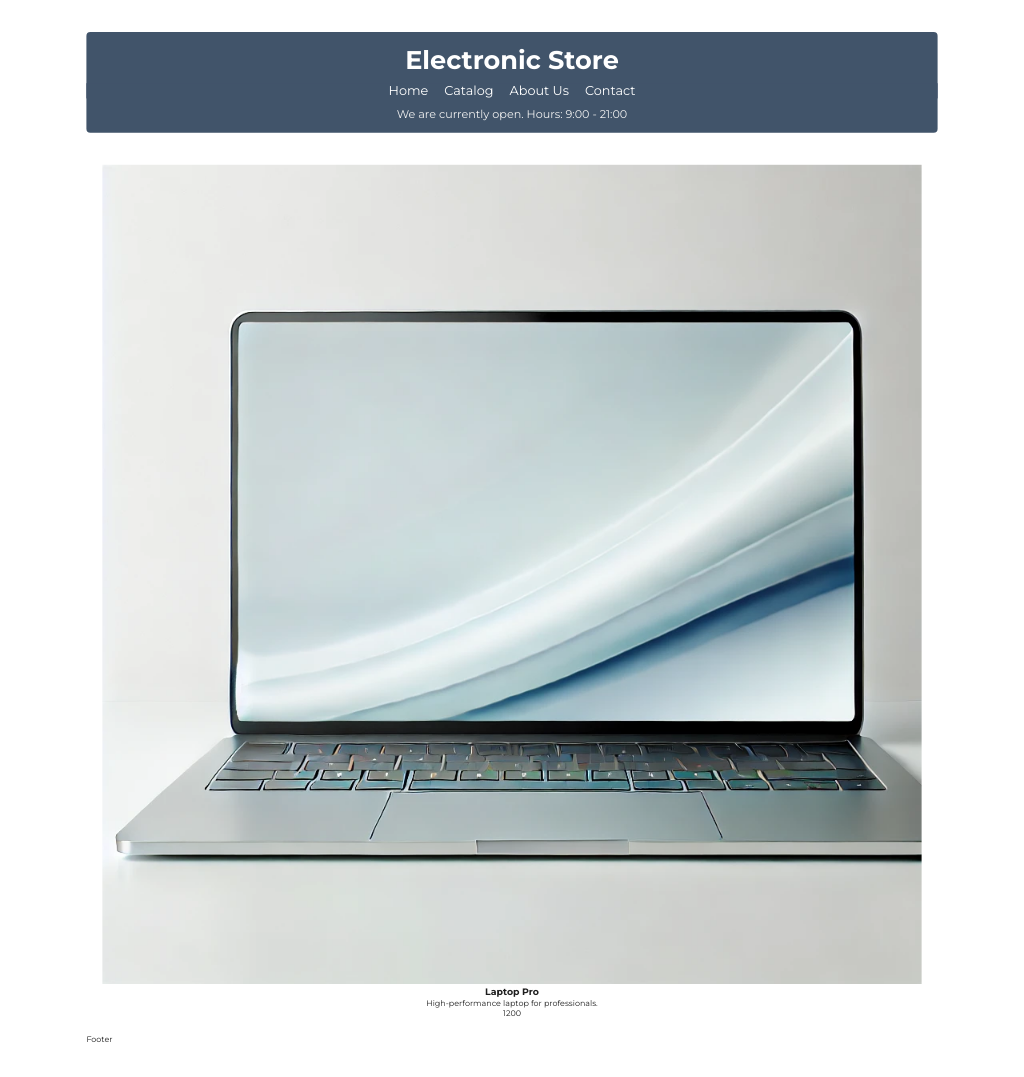
Repository: Lithium87/e-Strore
Page: /
These files come from the project's save history. The page is drawn as it stood at one moment and after the next save; the edit follows.
The browser window is 1280 px wide. The pictures show the whole page, at 80% of full size.
The project was rebuilt for these pictures with package versions that can differ from the ones it lists, and the page was loaded fresh each time. Also part of the build but not shown: vite.config.js.

Above is the page before, as saved 2025-07-05 16:28:15.

### src/main.jsx
import {StrictMode} from 'react';
import {createRoot} from 'react-dom/client';
import App from './App.jsx';

createRoot (document.getElementById ('root')).render (
  <StrictMode>
    <App />
  </StrictMode>
);

### src/App.jsx
import React from 'react';
import './index.css';

const productData = [
  {
    name: 'Laptop Pro',
    description: 'High-performance laptop for professionals.',
    price: 1200,
    photoName: '/laptop.png',
    soldOut: false,
  },
  {
    name: 'Smartphone X',
    description: 'Latest model with stunning display.',
    price: 800,
    photoName: '/smartphone.png',
    soldOut: false,
  },
  {
    name: 'Wireless Headphones',
    description: 'Noise-cancelling headphones with great sound quality.',
    price: 200,
    photoName: '/headphones.png',
    soldOut: false,
  },
  {
    name: 'Smartwatch Z',
    description: 'Stylish smartwatch with fitness tracking features.',
    price: 150,
    photoName: '/smartwatch.png',
    soldOut: false,
  },
  {
    name: 'Gaming Console',
    description: 'Powerful gaming console for endless fun.',
    price: 400,
    photoName: '/console.png',
    soldOut: true,
  },
  {
    name: '4K TV',
    description: 'Ultra HD television with vibrant colors.',
    price: 1000,
    photoName: '/tv.png',
    soldOut: false,
  },
];

const App = () => {
  return (
    <div>
      <Header />
      <Catalog />
      <Footer />
    </div>
  );
};

const Header = () => {
  const hour = new Date ().getHours ();
  const openHours = 9;
  const closeHours = 21;
  const isOpen = hour >= openHours && hour < closeHours;

  return (
    <header className="header">
      <h1>Electronic Store</h1>
      <nav className="nav">
        <ul>
          <li>
            <a href="#home">Home</a>
          </li>
          <li>
            <a href="#catalog">Catalog</a>
          </li>
          <li>
            <a href="#about">About Us</a>
          </li>
          <li>
            <a href="#contact">Contact</a>
          </li>
        </ul>
      </nav>
      <div className="working-hours">
        {isOpen
          ? <p>
              We are currently open. Hours: {openHours}:00 - {closeHours}:00
            </p>
          : <p>
              Sorry, we are closed. Hours: {openHours}:00 - {closeHours}:00
            </p>}
      </div>
    </header>
  );
};

const Catalog = () => {
  return (
    <main className="catalog">
      <ul className="products">
        <Product />
      </ul>
    </main>
  );
};

const Product = () => {
  return (
    <li>
      <img src={productData[0].photoName} alt={productData[0].name} />
      <div>
        <h3>{productData[0].name}</h3>
        <p>{productData[0].description}</p>
        <span>{productData[0].price}</span>
      </div>
    </li>
  );
};

const Footer = () => {
  return <footer>Footer</footer>;
};

export default App;

### src/index.css
@import url("https://fonts.googleapis.com/css2?family=Montserrat:wght@300;400;700&display=swap");

* {
  margin: 0;
  padding: 0;
  box-sizing: border-box;
}

html {
  font-size: 62.5%;
}

body {
  font-family: "Montserrat", sans-serif;
  color: #1e1e1e;
  background-color: #ffffff;
  min-height: 100vh;
  padding: 4rem;
  display: flex;
  justify-content: center;
  align-items: center;
}

.container {
  max-width: 120rem;
  margin: 0 auto;
  display: flex;
  flex-direction: column;
  align-items: center;
  gap: 3rem;
  padding: 2rem;
  background-color: #f4f6f8;
  border-radius: 1.2rem;
  box-shadow: 0px 4px 12px rgba(0, 0, 0, 0.1);
}

/* Header */
.header {
  align-self: stretch;
  text-align: center;
  padding: 1.5rem 0;
  background-color: #41546a;
  color: #ffffff;
  border-radius: 0.5rem;
  margin-bottom: 2rem;
}

.header h1 {
  font-size: 3.2rem;
  font-weight: 700;
  margin-bottom: 1rem;
}

.nav ul {
  background-color: #41546a;
  list-style: none;
  display: flex;
  justify-content: center;
  gap: 2rem;
}

.nav a {
  color: #ffffff;
  text-decoration: none;
  font-size: 1.6rem;
  font-weight: 500;
  transition: color 0.3s;
}

.nav a:hover {
  color: #ffdd57;
}

.working-hours {
  font-size: 1.4rem;
  margin-top: 1rem;
  color: #f1f1f1;
}

/* Catalog */
.catalog {
  width: 100%;
  text-align: center;
}

.catalog h2 {
  font-size: 3rem;
  font-weight: 700;
  color: #333333;
  margin-bottom: 1rem;
}

.catalog > p {
  font-size: 1.6rem;
  color: #555;
  line-height: 1.8;
  margin-bottom: 2rem;
}

.products {
  list-style: none;
  display: grid;
  grid-template-columns: repeat(auto-fit, minmax(20rem, 1fr));
  gap: 3rem;
  padding: 2rem;
}

.product {
  background-color: #ffffff;
  border-radius: 1rem;
  padding: 1.5rem;
  box-shadow: 0 8px 24px rgba(0, 112, 243, 0.1);
  transition: transform 0.3s ease, box-shadow 0.3s ease;
}

.product:hover {
  transform: translateY(-5px);
  box-shadow: 0 12px 36px rgba(0, 112, 243, 0.15);
}

.product img {
  width: 100%;
  height: auto;
  border-radius: 0.8rem;
  margin-bottom: 1.2rem;
}

.product div {
  text-align: left;
  padding: 0.5rem 0;
}

.product h3 {
  font-size: 2rem;
  font-weight: 700;
  color: #333;
  margin-bottom: 0.5rem;
}

.product p {
  font-size: 1.4rem;
  color: #666;
  font-weight: 400;
  margin-bottom: 1.2rem;
}

.product span {
  display: block;
  font-size: 1.6rem;
  font-weight: 500;
  color: #0070f3;
}

.product.sold-out {
  opacity: 0.6;
  pointer-events: none;
}

.product.sold-out span {
  color: #ff4d4d;
}

/* Footer */
.footer {
  text-align: center;
  font-size: 1.6rem;
  color: #333;
  background-color: #f4f4f4;
  padding: 2rem;
  border-radius: 0.5rem;
  margin-top: 2rem;
}

.footer h3 {
  font-size: 2rem;
  font-weight: 700;
  margin-bottom: 1rem;
}

.footer p {
  font-size: 1.4rem;
  margin-top: 0.5rem;
  color: #555;
}

.order {
  margin-top: 2rem;
  display: flex;
  flex-direction: column;
  align-items: center;
  gap: 1.5rem;
}

.btn {
  color: #fff;
  font-family: inherit;
  border: none;
  font-size: 1.6rem;
  font-weight: 600;
  background-color: #0070f3;
  padding: 1.2rem 3rem;
  border-radius: 2rem;
  cursor: pointer;
  transition: background-color 0.3s ease;
}

.btn:hover {
  background-color: #005bb5;
}

Loaded but not shown: index.html (common file)

After the next save:
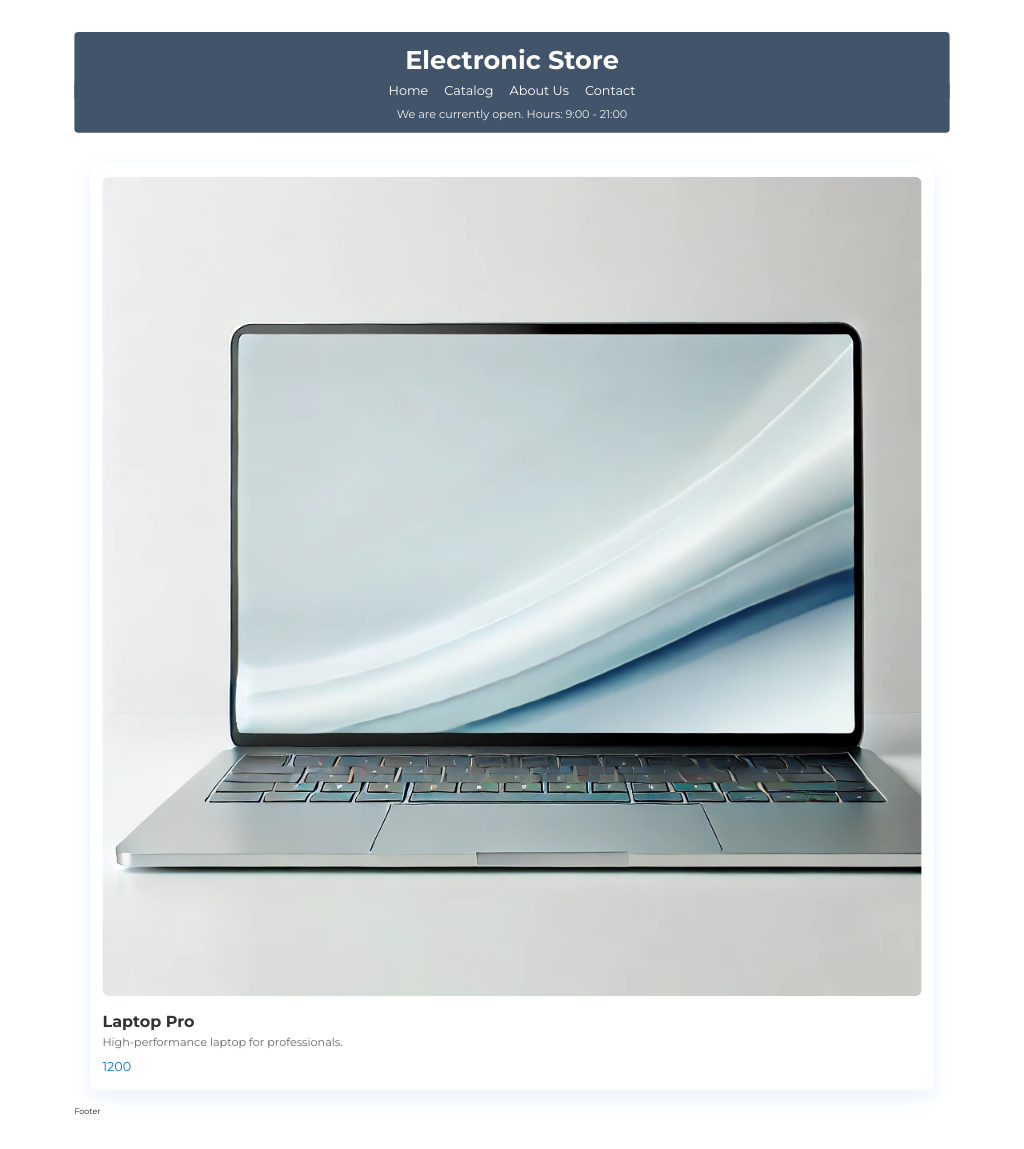
Saved 53 s later.
--- a/src/App.jsx
+++ b/src/App.jsx
@@ -106,7 +106,7 @@ const Catalog = () => {
 
 const Product = () => {
   return (
-    <li>
+    <li className="product">
       <img src={productData[0].photoName} alt={productData[0].name} />
       <div>
         <h3>{productData[0].name}</h3>
